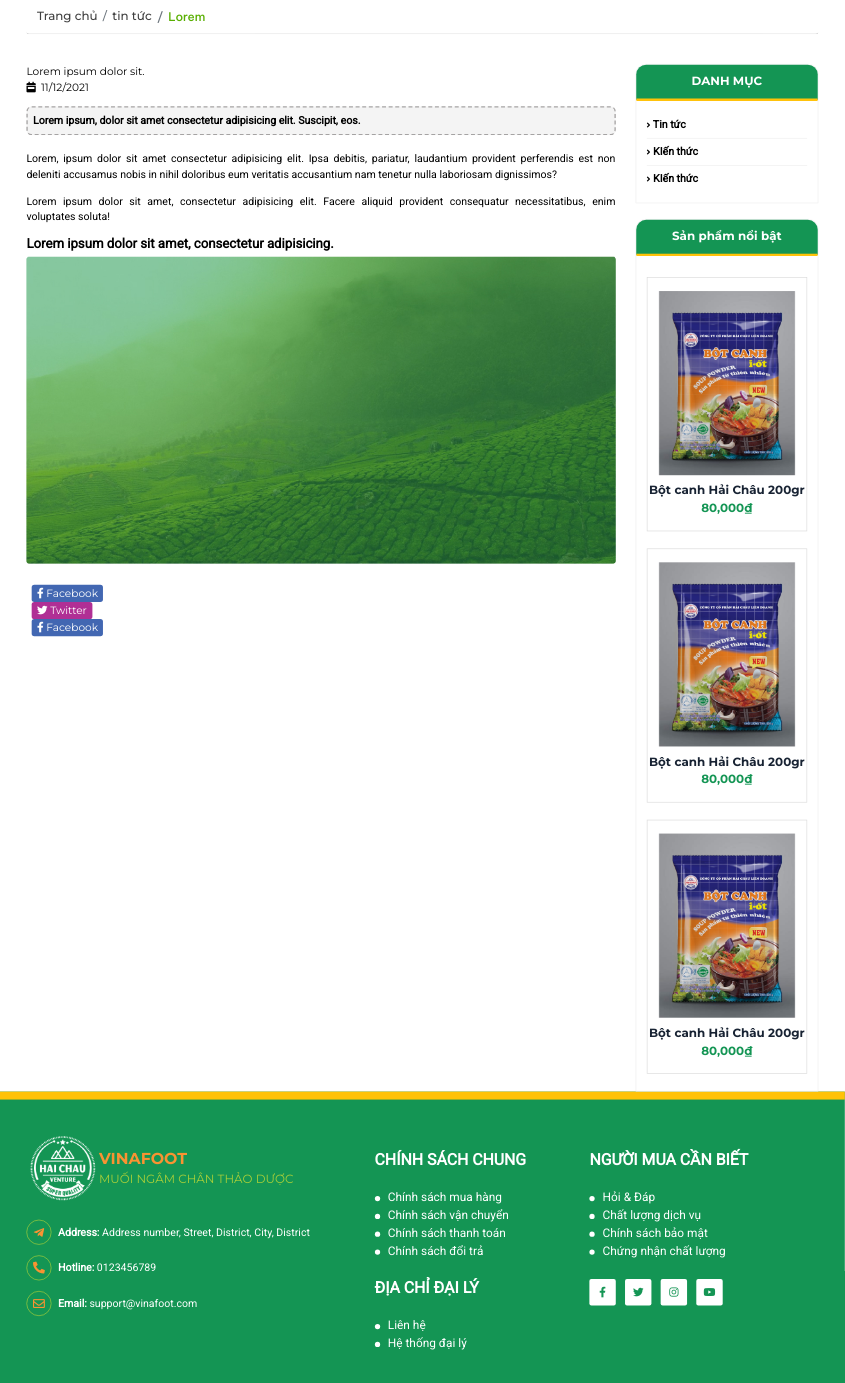
Repository: haianh12082001/VINAFOOT
Page: news-detail.html
The author's editor kept a copy of each file at every save. The page is drawn from the files as they stood at one save, then again after the next save.
The browser window is 1280 px wide. The pictures show the whole page, at 66% of full size.
Some web libraries are served in a nearby version.

Above is the page before, as saved 2021-12-12 20:20:13.

### news-detail.html
<!DOCTYPE html>
<html lang="en">
    <head>
        <meta charset="UTF-8" />
        <meta http-equiv="X-UA-Compatible" content="IE=edge" />
        <meta name="viewport" content="width=device-width, initial-scale=1.0" />
        <link href="https://fonts.googleapis.com/css2?family=Montserrat:wght@300;400;500;700;900&display=swap" rel="stylesheet" />
        <link href="https://fonts.googleapis.com/css?family=Roboto" rel="stylesheet" />
        <link href="https://fonts.googleapis.com/css2?family=Be+Vietnam+Pro:wght@500&display=swap" rel="stylesheet" />
        <link rel="stylesheet" href="./assets/fonts/fontawesome-free-5.15.3/css/all.min.css" />
        <link
            rel="stylesheet"
            href="https://cdn.jsdelivr.net/npm/bootstrap@4.6.0/dist/css/bootstrap.min.css"
            integrity="sha384-B0vP5xmATw1+K9KRQjQERJvTumQW0nPEzvF6L/Z6nronJ3oUOFUFpCjEUQouq2+l"
            crossorigin="anonymous"
        />
        <link rel="stylesheet" type="text/css" href="https://cdn.jsdelivr.net/npm/slick-carousel@1.8.1/slick/slick.css" />
        <link rel="stylesheet" href="./assets/css/app.css" />
        <title>Document</title>
    </head>
    <body>
        <div class="box-breadcrumb">
            <div class="container">
                <ul class="breadcrumb">
                    <li class="breadcrumb-item"><a href="">Trang chủ</a></li>
                    <li class="breadcrumb-item"><a href="">tin tức</a></li>
                    <li class="breadcrumb-item active">Lorem</li>
                </ul>
            </div>
        </div>
        <section class="news-detail">
            <div class="container">
                <div class="row">
                    <div class="col-lg-9">
                        <div class="title">Lorem ipsum dolor sit.</div>
                        <div class="date mb-3">
                            <i class="fas fa-calendar-week mr-1"></i>
                            11/12/2021
                        </div>
                        <div class="sapo-detail mb-2">Lorem ipsum, dolor sit amet consectetur adipisicing elit. Suscipit, eos.</div>
                        <div class="content-detail py-3">
                            <p>
                                Lorem, ipsum dolor sit amet consectetur adipisicing elit. Ipsa debitis, pariatur, laudantium provident perferendis est non
                                deleniti accusamus nobis in nihil doloribus eum veritatis accusantium nam tenetur nulla laboriosam dignissimos?
                            </p>
                            <p>
                                Lorem ipsum dolor sit amet, consectetur adipisicing elit. Facere aliquid provident consequatur necessitatibus, enim voluptates
                                soluta!
                            </p>
                            <h2>
                                <strong>Lorem ipsum dolor sit amet, consectetur adipisicing.</strong>
                            </h2>
                            <p>
                                <img src="./assets/img/intro/Group 349.jpg" alt="" />
                            </p>
                        </div>
                        <ul class="share-social">
                            <li>
                                <button class="btn btn-fb">
                                    <i class="fab fa-facebook-f"></i>
                                    Facebook
                                </button>
                            </li>
                            <li>
                                <button class="btn btn-instagram">
                                    <i class="fab fa-twitter"></i>
                                    Twitter
                                </button>
                            </li>
                            <li>
                                <button class="btn btn-fb">
                                    <i class="fab fa-facebook-f"></i>
                                    Facebook
                                </button>
                            </li>
                        </ul>
                    </div>
                    <div class="col-lg-3 mt-lg-0 mt-3">
                        <div class="box-side">
                            <div class="title">DANH MỤC</div>
                            <div class="body">
                                <ul class="menu-right">
                                    <li>
                                        <a href="">
                                            <i class="fas fa-angle-right"></i>
                                            Tin tức
                                        </a>
                                        <!-- <ul>
                                            <li>
                                                <a href="">
                                                    <i class="fas fa-arrow-right"></i>
                                                    Tin tức
                                                </a>
                                            </li>
                                        </ul> -->
                                    </li>
                                    <li>
                                        <a href="">
                                            <i class="fas fa-angle-right"></i>
                                            KIến thức
                                        </a>
                                    </li>
                                    <li>
                                        <a href="">
                                            <i class="fas fa-angle-right"></i>
                                            KIến thức
                                        </a>
                                    </li>
                                </ul>
                            </div>
                        </div>
                        <div class="box-side mt-lg-4 mt-3">
                            <div class="title">Sản phẩm nổi bật</div>
                            <div class="body">
                                <div class="row">
                                    <div class="mt-3 col-lg-12 col-6">
                                        <div class="product-item">
                                            <a href=""><img src="./assets/img/product/Rectangle 196.png" alt="" /></a>
                                            <div class="product-body">
                                                <a href=""> <div class="product-name">Bột canh Hải Châu 200gr</div></a>
                                                <div class="product-price">80,000₫</div>
                                            </div>
                                        </div>
                                    </div>
                                    <div class="mt-3 col-lg-12 col-6">
                                        <div class="product-item">
                                            <a href=""><img src="./assets/img/product/Rectangle 196.png" alt="" /></a>
                                            <div class="product-body">
                                                <a href=""> <div class="product-name">Bột canh Hải Châu 200gr</div></a>
                                                <div class="product-price">80,000₫</div>
                                            </div>
                                        </div>
                                    </div>
                                    <div class="mt-3 col-lg-12 col-6">
                                        <div class="product-item">
                                            <a href=""><img src="./assets/img/product/Rectangle 196.png" alt="" /></a>
                                            <div class="product-body">
                                                <a href=""> <div class="product-name">Bột canh Hải Châu 200gr</div></a>
                                                <div class="product-price">80,000₫</div>
                                            </div>
                                        </div>
                                    </div>
                                </div>
                            </div>
                        </div>
                    </div>
                </div>
            </div>
        </section>
        <div class="footer">
            <div class="line"></div>
            <div class="container">
                <div class="row py-5">
                    <div class="col-lg-5 col-12">
                        <div class="logo d-flex mb-lg-4">
                            <img src="./assets/img/logo-footer.png" alt="" />
                            <div class="d-flex flex-column justify-content-center">
                                <div class="company">vinafoot</div>
                                <div class="name">muối ngâm chân thảo dược</div>
                            </div>
                        </div>
                        <div class="d-flex flex-column">
                            <div class="item d-flex align-items-center mb-3">
                                <div class="icon"><i class="fab fa-telegram-plane"></i></div>
                                <span><b>Address:</b> Address number, Street, District, City, District</span>
                            </div>
                            <div class="item d-flex align-items-center mb-3">
                                <div class="icon"><i class="fas fa-phone-alt"></i></div>
                                <span><b>Hotline:</b> 0123456789</span>
                            </div>
                            <div class="item d-flex align-items-center mb-3">
                                <div class="icon"><i class="far fa-envelope"></i></div>
                                <span><b>Email:</b> support@vinafoot.com</span>
                            </div>
                        </div>
                    </div>
                    <div class="col-lg-4 px-lg-5 col-sm-6 order-sm-2">
                        <div class="title">Người mua cần biết</div>
                        <ul class="list">
                            <li>Hỏi & Đáp</li>
                            <li>Chất lượng dịch vụ</li>
                            <li>Chính sách bảo mật</li>
                            <li>Chứng nhận chất lượng</li>
                        </ul>
                        <div class="social d-flex">
                            <a href="">
                                <div class="social-icon">
                                    <i class="fab fa-facebook-f"></i>
                                </div>
                            </a>
                            <a href="">
                                <div class="social-icon">
                                    <i class="fab fa-twitter"></i>
                                </div>
                            </a>
                            <a href="">
                                <div class="social-icon">
                                    <i class="fab fa-instagram"></i>
                                </div>
                            </a>
                            <a href="">
                                <div class="social-icon">
                                    <i class="fab fa-youtube"></i>
                                </div>
                            </a>
                        </div>
                    </div>
                    <div class="col-lg-3 col-sm-6 order-sm-1">
                        <div class="col-12">
                            <div class="title">Chính sách chung</div>
                            <ul class="list">
                                <li>Chính sách mua hàng</li>
                                <li>Chính sách vận chuyển</li>
                                <li>Chính sách thanh toán</li>
                                <li>Chính sách đổi trả</li>
                            </ul>
                        </div>
                        <div class="col-12">
                            <div class="title">ĐỊa chỉ đại lý</div>
                            <ul class="list">
                                <li>Liên hệ</li>
                                <li>Hệ thống đại lý</li>
                            </ul>
                        </div>
                    </div>
                </div>
            </div>
        </div>
        <script type="text/javascript" src="https://code.jquery.com/jquery-1.11.0.min.js"></script>
        <script type="text/javascript" src="https://code.jquery.com/jquery-migrate-1.2.1.min.js"></script>
        <script
            src="https://cdnjs.cloudflare.com/ajax/libs/bootstrap/4.6.0/js/bootstrap.min.js"
            integrity="sha512-XKa9Hemdy1Ui3KSGgJdgMyYlUg1gM+QhL6cnlyTe2qzMCYm4nAZ1PsVerQzTTXzonUR+dmswHqgJPuwCq1MaAg=="
            crossorigin="anonymous"
            referrerpolicy="no-referrer"
        ></script>
        <script type="text/javascript" src="https://cdn.jsdelivr.net/npm/slick-carousel@1.8.1/slick/slick.min.js"></script>
        <script src="./assets/js/main.js"></script>
    </body>
</html>

Loaded but not shown: assets/fonts/fontawesome-free-5.15.3/css/all.min.css (library); assets/js/main.js (103 lines, source omitted); assets/css/app.css (2055 lines, source omitted)

After the next save:
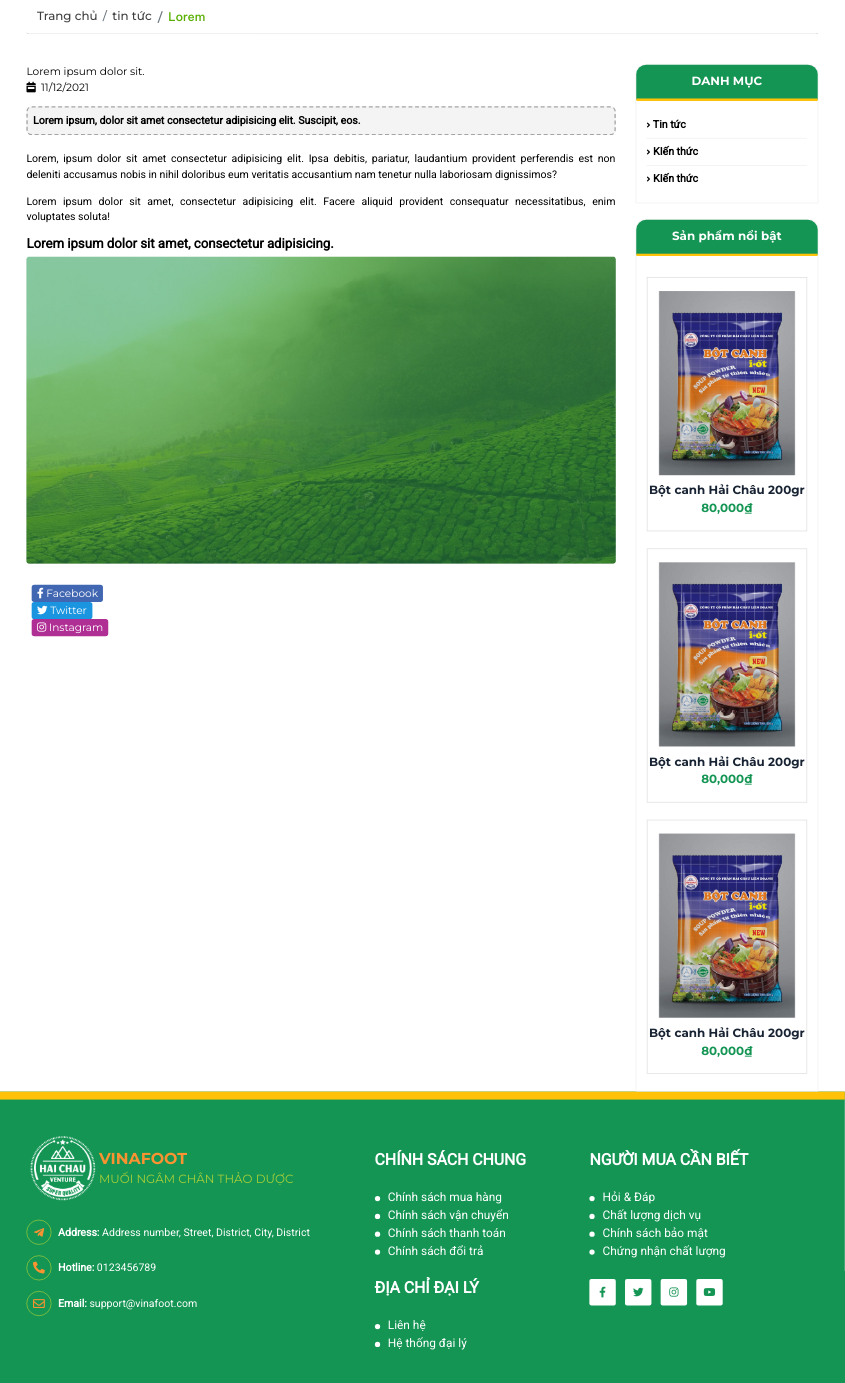
Saved 37 s later.
--- a/news-detail.html
+++ b/news-detail.html
@@ -62,15 +62,15 @@
                                 </button>
                             </li>
                             <li>
-                                <button class="btn btn-instagram">
+                                <button class="btn btn-twitter">
                                     <i class="fab fa-twitter"></i>
                                     Twitter
                                 </button>
                             </li>
                             <li>
-                                <button class="btn btn-fb">
-                                    <i class="fab fa-facebook-f"></i>
-                                    Facebook
+                                <button class="btn btn-instagram">
+                                    <i class="fab fa-instagram"></i>
+                                    Instagram
                                 </button>
                             </li>
                         </ul>
